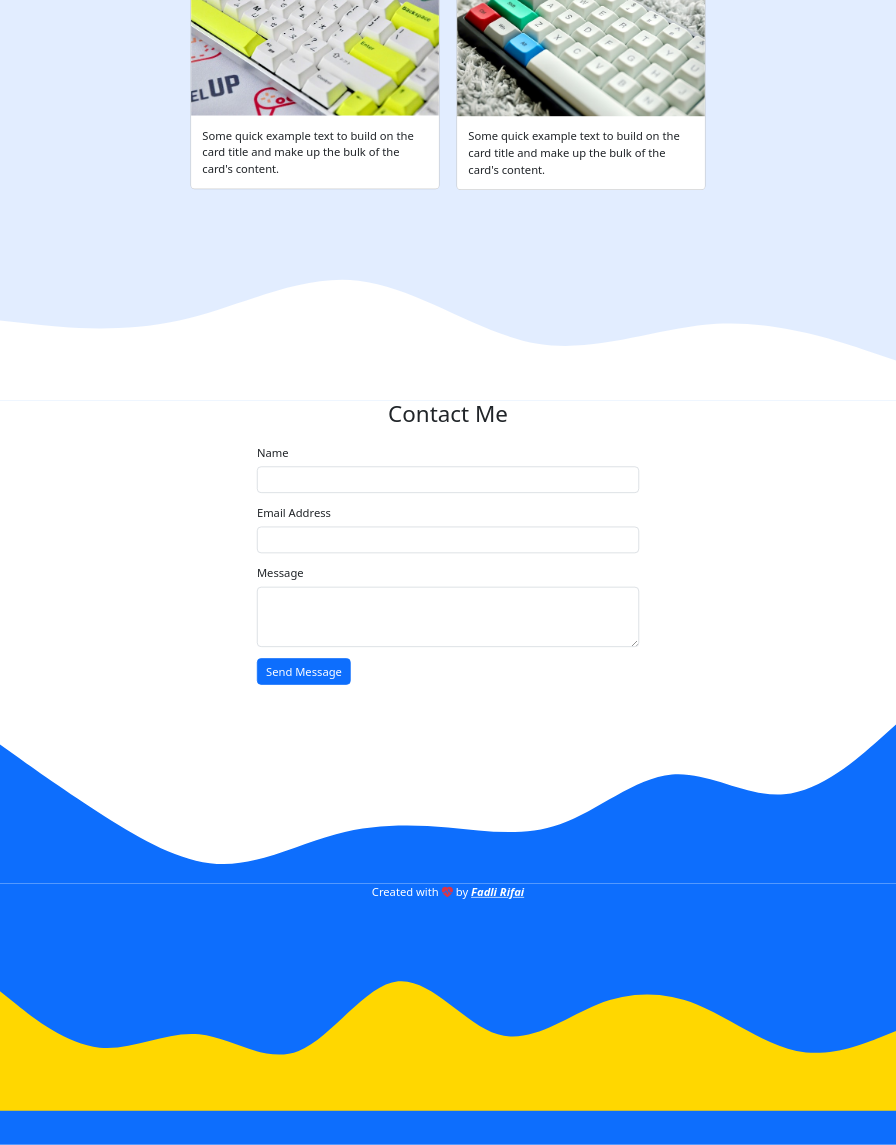
Repository: fadlyyy/fadli-dev.github.io
Page: index.html
These files come from the project's save history. The page is drawn as it stood at one moment and after the next save; the edit follows.
The browser window is 1280 px wide. The pictures show the part of the page from y = 1985 to 3905 px (the page is 3621 px tall before and 3905 px after), at 70% of full size.

Above is the page before, as saved 2024-01-19 16:29:06.

After the next save:
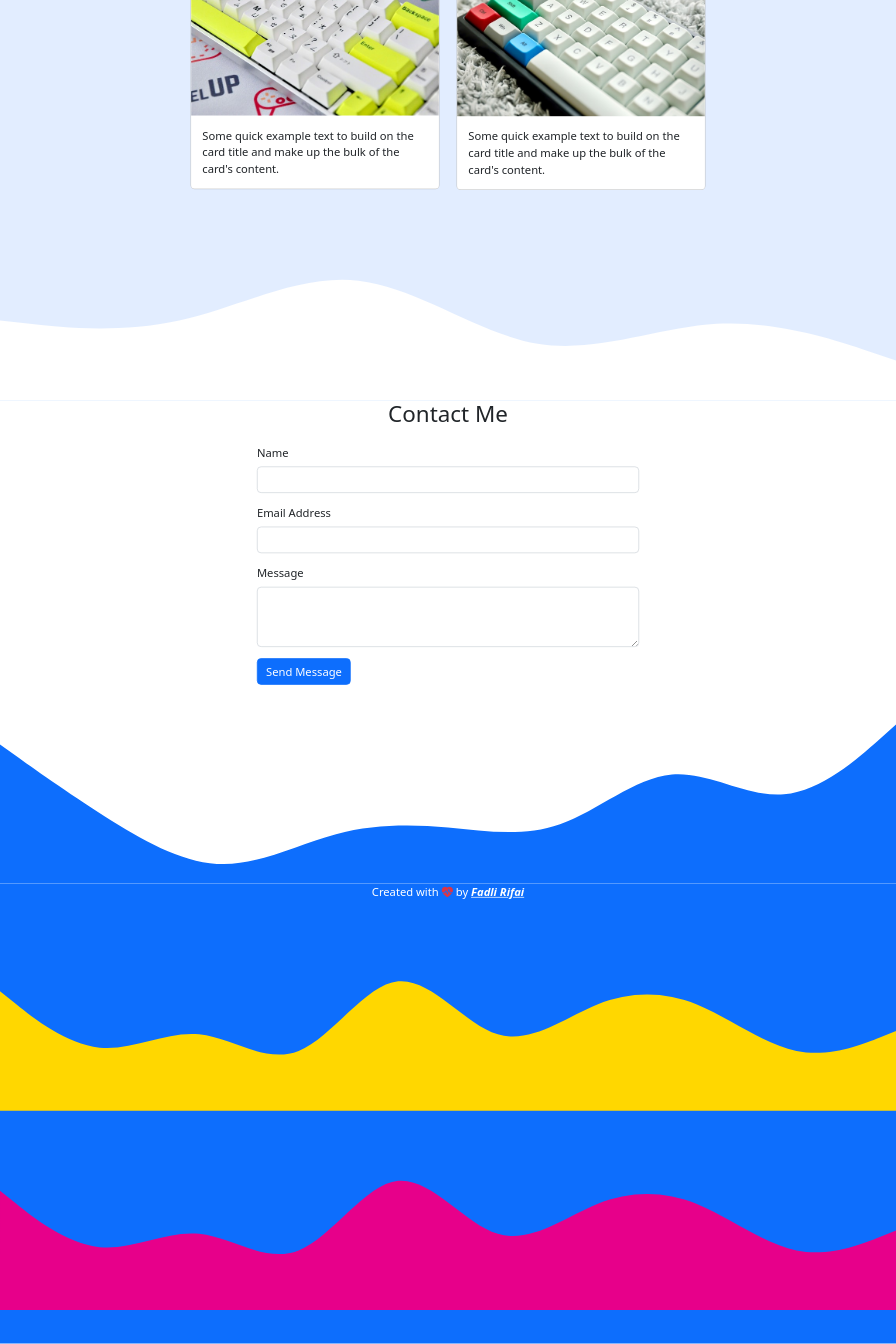
Saved 22 s later.
--- a/index.html
+++ b/index.html
@@ -198,6 +198,13 @@
           d="M0,128L26.7,149.3C53.3,171,107,213,160,218.7C213.3,224,267,192,320,197.3C373.3,203,427,245,480,224C533.3,203,587,117,640,112C693.3,107,747,181,800,197.3C853.3,213,907,171,960,149.3C1013.3,128,1067,128,1120,149.3C1173.3,171,1227,213,1280,224C1333.3,235,1387,213,1413,202.7L1440,192L1440,320L1413.3,320C1386.7,320,1333,320,1280,320C1226.7,320,1173,320,1120,320C1066.7,320,1013,320,960,320C906.7,320,853,320,800,320C746.7,320,693,320,640,320C586.7,320,533,320,480,320C426.7,320,373,320,320,320C266.7,320,213,320,160,320C106.7,320,53,320,27,320L0,320Z"
         ></path>
       </svg>
+      <svg xmlns="http://www.w3.org/2000/svg" viewBox="0 0 1440 320">
+        <path
+          fill="#e7008a"
+          fill-opacity="1"
+          d="M0,128L26.7,149.3C53.3,171,107,213,160,218.7C213.3,224,267,192,320,197.3C373.3,203,427,245,480,224C533.3,203,587,117,640,112C693.3,107,747,181,800,197.3C853.3,213,907,171,960,149.3C1013.3,128,1067,128,1120,149.3C1173.3,171,1227,213,1280,224C1333.3,235,1387,213,1413,202.7L1440,192L1440,320L1413.3,320C1386.7,320,1333,320,1280,320C1226.7,320,1173,320,1120,320C1066.7,320,1013,320,960,320C906.7,320,853,320,800,320C746.7,320,693,320,640,320C586.7,320,533,320,480,320C426.7,320,373,320,320,320C266.7,320,213,320,160,320C106.7,320,53,320,27,320L0,320Z"
+        ></path>
+      </svg>
     </footer>
     <!-- Footer End -->
 

After the 5 saves that followed:
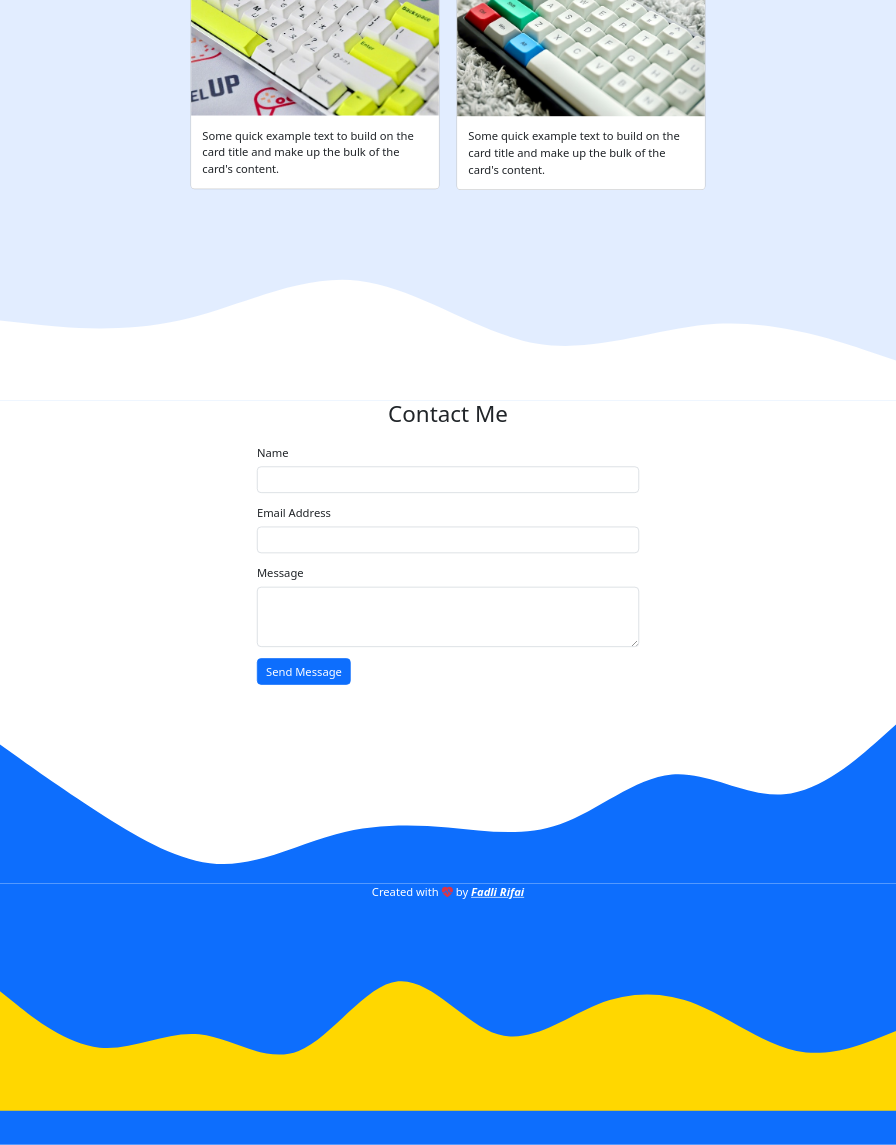
The 5 saves are shown as one change because 4 left the picture as it was.
The last was saved 111 s later.
--- a/index.html
+++ b/index.html
@@ -191,20 +191,22 @@
     <footer class="bg-primary text-center pb-5">
       <p class="text-white">Created with <i class="bi bi-heart-pulse-fill text-danger"></i> by <a href="#" class="fw-bold text-white fst-italic">Fadli Rifai</a></p>
 
-      <svg xmlns="http://www.w3.org/2000/svg" viewBox="0 0 1440 320">
-        <path
-          fill="#ffd700"
-          fill-opacity="1"
-          d="M0,128L26.7,149.3C53.3,171,107,213,160,218.7C213.3,224,267,192,320,197.3C373.3,203,427,245,480,224C533.3,203,587,117,640,112C693.3,107,747,181,800,197.3C853.3,213,907,171,960,149.3C1013.3,128,1067,128,1120,149.3C1173.3,171,1227,213,1280,224C1333.3,235,1387,213,1413,202.7L1440,192L1440,320L1413.3,320C1386.7,320,1333,320,1280,320C1226.7,320,1173,320,1120,320C1066.7,320,1013,320,960,320C906.7,320,853,320,800,320C746.7,320,693,320,640,320C586.7,320,533,320,480,320C426.7,320,373,320,320,320C266.7,320,213,320,160,320C106.7,320,53,320,27,320L0,320Z"
-        ></path>
-      </svg>
-      <svg xmlns="http://www.w3.org/2000/svg" viewBox="0 0 1440 320">
-        <path
-          fill="#e7008a"
-          fill-opacity="1"
-          d="M0,128L26.7,149.3C53.3,171,107,213,160,218.7C213.3,224,267,192,320,197.3C373.3,203,427,245,480,224C533.3,203,587,117,640,112C693.3,107,747,181,800,197.3C853.3,213,907,171,960,149.3C1013.3,128,1067,128,1120,149.3C1173.3,171,1227,213,1280,224C1333.3,235,1387,213,1413,202.7L1440,192L1440,320L1413.3,320C1386.7,320,1333,320,1280,320C1226.7,320,1173,320,1120,320C1066.7,320,1013,320,960,320C906.7,320,853,320,800,320C746.7,320,693,320,640,320C586.7,320,533,320,480,320C426.7,320,373,320,320,320C266.7,320,213,320,160,320C106.7,320,53,320,27,320L0,320Z"
-        ></path>
-      </svg>
+      <div class="gelombang">
+        <svg xmlns="http://www.w3.org/2000/svg" viewBox="0 0 1440 320">
+          <path
+            fill="#ffd700"
+            fill-opacity="1"
+            d="M0,128L26.7,149.3C53.3,171,107,213,160,218.7C213.3,224,267,192,320,197.3C373.3,203,427,245,480,224C533.3,203,587,117,640,112C693.3,107,747,181,800,197.3C853.3,213,907,171,960,149.3C1013.3,128,1067,128,1120,149.3C1173.3,171,1227,213,1280,224C1333.3,235,1387,213,1413,202.7L1440,192L1440,320L1413.3,320C1386.7,320,1333,320,1280,320C1226.7,320,1173,320,1120,320C1066.7,320,1013,320,960,320C906.7,320,853,320,800,320C746.7,320,693,320,640,320C586.7,320,533,320,480,320C426.7,320,373,320,320,320C266.7,320,213,320,160,320C106.7,320,53,320,27,320L0,320Z"
+          ></path>
+        </svg>
+        <svg class="gelombang2" xmlns="http://www.w3.org/2000/svg" viewBox="0 0 1440 320">
+          <path
+            fill="#e7008a"
+            fill-opacity="1"
+            d="M0,128L26.7,149.3C53.3,171,107,213,160,218.7C213.3,224,267,192,320,197.3C373.3,203,427,245,480,224C533.3,203,587,117,640,112C693.3,107,747,181,800,197.3C853.3,213,907,171,960,149.3C1013.3,128,1067,128,1120,149.3C1173.3,171,1227,213,1280,224C1333.3,235,1387,213,1413,202.7L1440,192L1440,320L1413.3,320C1386.7,320,1333,320,1280,320C1226.7,320,1173,320,1120,320C1066.7,320,1013,320,960,320C906.7,320,853,320,800,320C746.7,320,693,320,640,320C586.7,320,533,320,480,320C426.7,320,373,320,320,320C266.7,320,213,320,160,320C106.7,320,53,320,27,320L0,320Z"
+          ></path>
+        </svg>
+      </div>
     </footer>
     <!-- Footer End -->
 
--- a/style.css
+++ b/style.css
@@ -14,3 +14,11 @@
 #projects .child:hover {
   scale: 1.04;
 }
+
+.gelombang {
+  position: relative;
+}
+
+.gelombang .gelombang2 {
+  position: absolute;
+}
